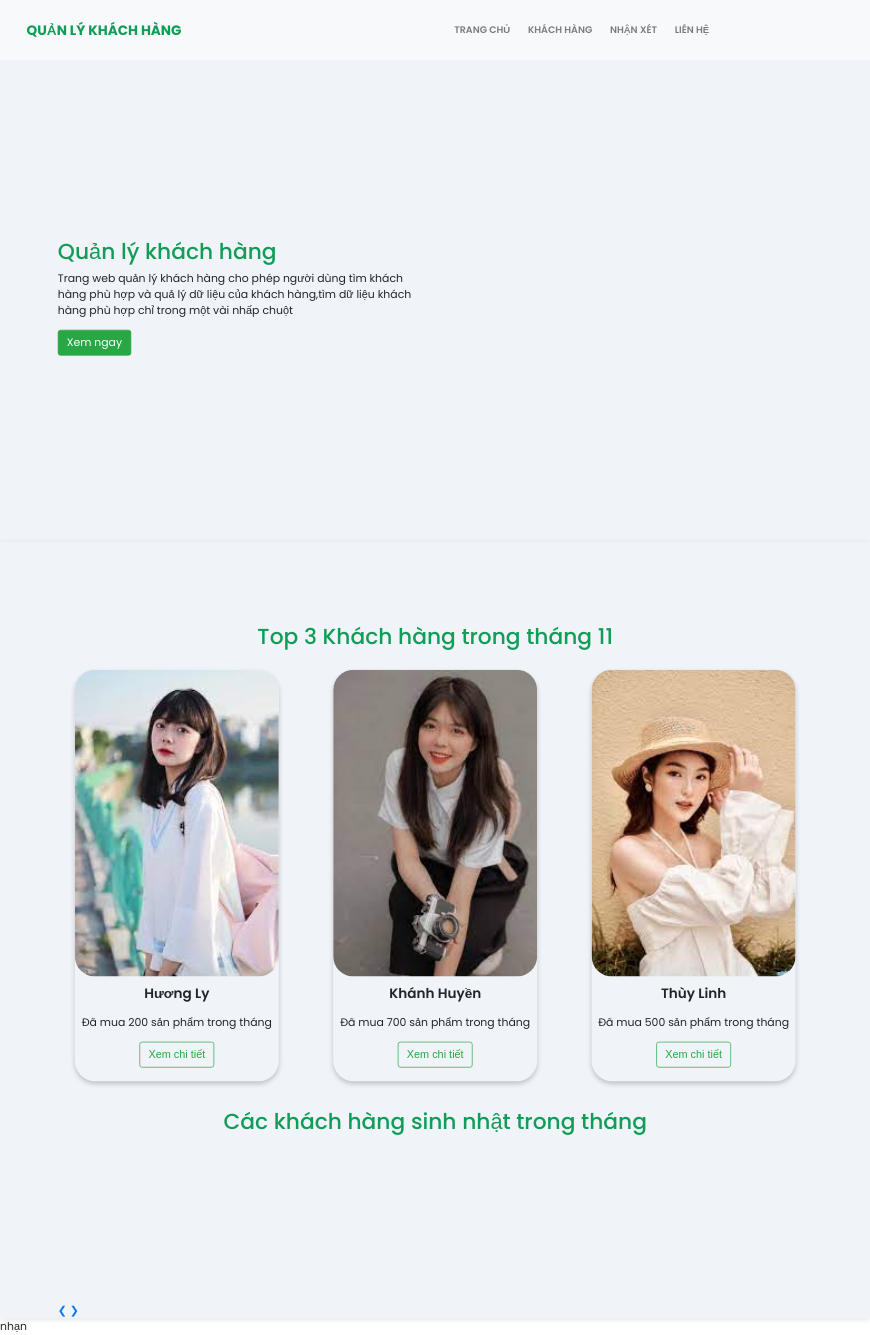
Repository: huutien1904/bt2-ltw
Page: index.html
The author's editor kept a copy of each file at every save. The page is drawn from the files as they stood at one save, then again after the next save.
The browser window is 1280 px wide. The pictures show the whole page, at 68% of full size.

Above is the page before, as saved 2021-11-04 10:55:58.
Console error: TypeError: Cannot read properties of undefined (reading 'style')
Not found: img1.jpg
Not found: img2.jpg
Not found: img3.jpg

After the next save:
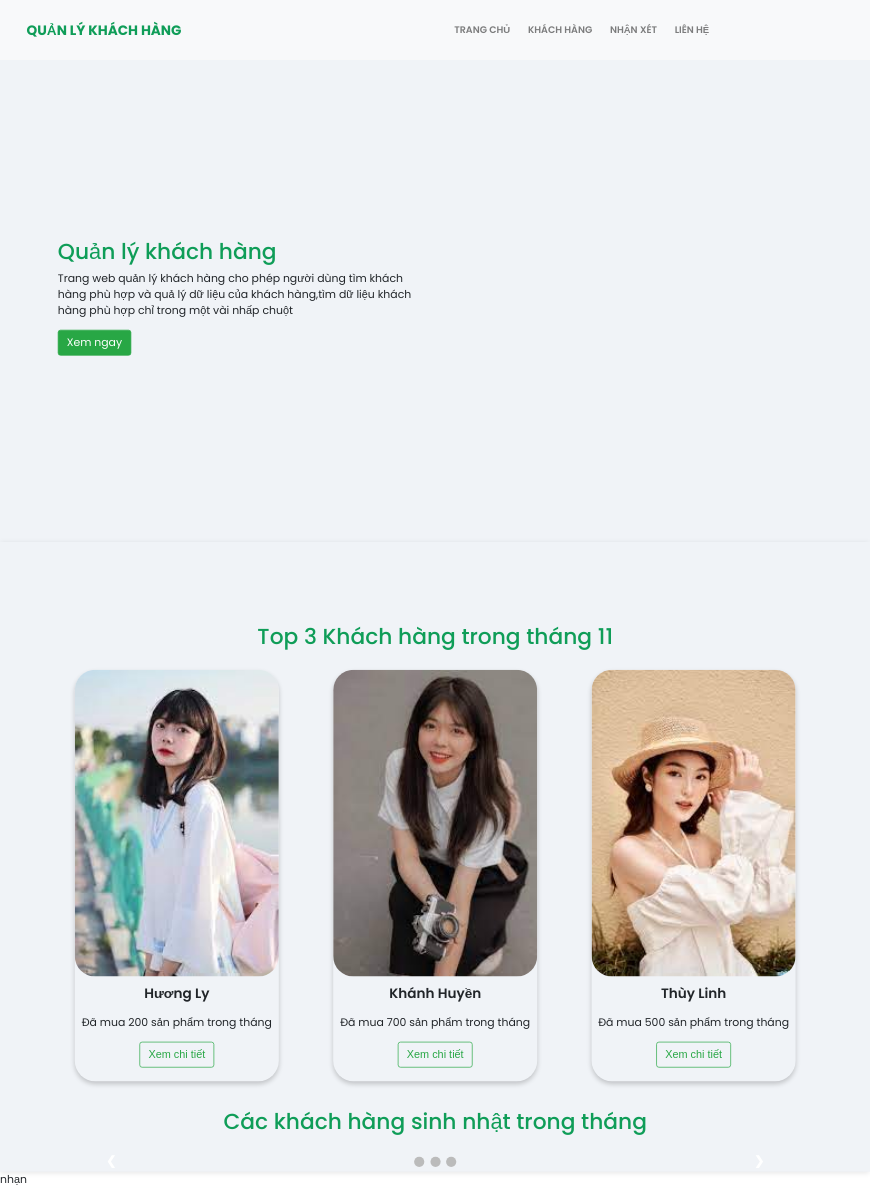
Saved 2 s later.
--- a/style.css
+++ b/style.css
@@ -90,7 +90,100 @@ body {
   margin-top: 20px;
 }
 
+/* slider */
+/* Slideshow container */
+.slideshow-container {
+  max-width: 1000px;
+  position: relative;
+  margin: auto;
+}
 
+/* Hide the images by default */
+.mySlides {
+  display: none;
+}
+
+/* Next & previous buttons */
+.prev, .next {
+  cursor: pointer;
+  position: absolute;
+  top: 50%;
+  width: auto;
+  margin-top: -22px;
+  padding: 16px;
+  color: white;
+  font-weight: bold;
+  font-size: 18px;
+  transition: 0.6s ease;
+  border-radius: 0 3px 3px 0;
+  user-select: none;
+}
+
+/* Position the "next button" to the right */
+.next {
+  right: 0;
+  border-radius: 3px 0 0 3px;
+}
+
+/* On hover, add a black background color with a little bit see-through */
+.prev:hover, .next:hover {
+  background-color: rgba(0,0,0,0.8);
+}
+
+/* Caption text */
+.text {
+  color: #f2f2f2;
+  font-size: 15px;
+  padding: 8px 12px;
+  position: absolute;
+  bottom: 8px;
+  width: 100%;
+  text-align: center;
+}
+
+/* Number text (1/3 etc) */
+.numbertext {
+  color: #f2f2f2;
+  font-size: 12px;
+  padding: 8px 12px;
+  position: absolute;
+  top: 0;
+}
+
+/* The dots/bullets/indicators */
+.dot {
+  cursor: pointer;
+  height: 15px;
+  width: 15px;
+  margin: 0 2px;
+  background-color: #bbb;
+  border-radius: 50%;
+  display: inline-block;
+  transition: background-color 0.6s ease;
+}
+
+.active, .dot:hover {
+  background-color: #717171;
+}
+
+/* Fading animation */
+.fade {
+  -webkit-animation-name: fade;
+  -webkit-animation-duration: 1.5s;
+  animation-name: fade;
+  animation-duration: 1.5s;
+}
+
+@-webkit-keyframes fade {
+  from {opacity: .4}
+  to {opacity: 1}
+}
+
+@keyframes fade {
+  from {opacity: .4}
+  to {opacity: 1}
+}
+/* end slider */
 /* .active_nav{
   background-color: var(--primary-color);
   border-radius: 15px;
